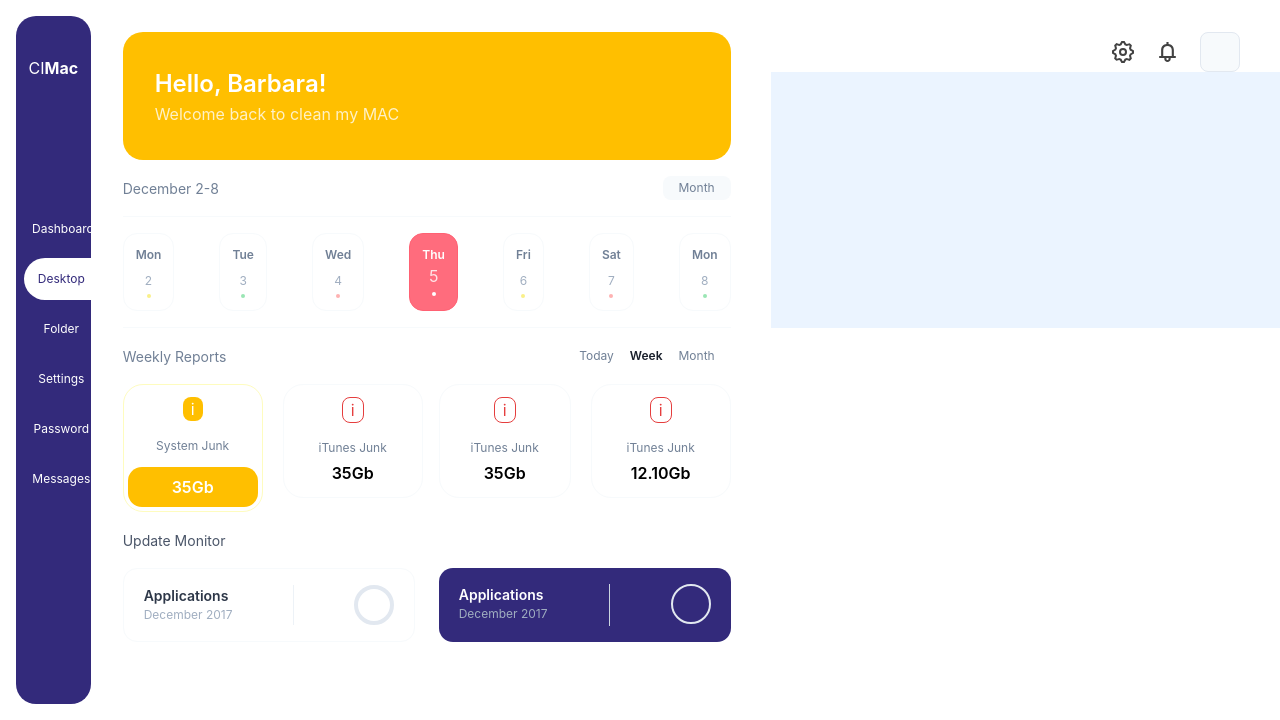
Repository: charleyvibez/experiment-Utility-software-UI
Page: index.html
These files come from the project's save history. The page is drawn as it stood at one moment and after a run of saves; the edit follows.
The browser window is 1280 px wide. The pictures show the whole page.

Above is the page before, as saved 2020-03-18 02:20:25.

After the next 8 saves:
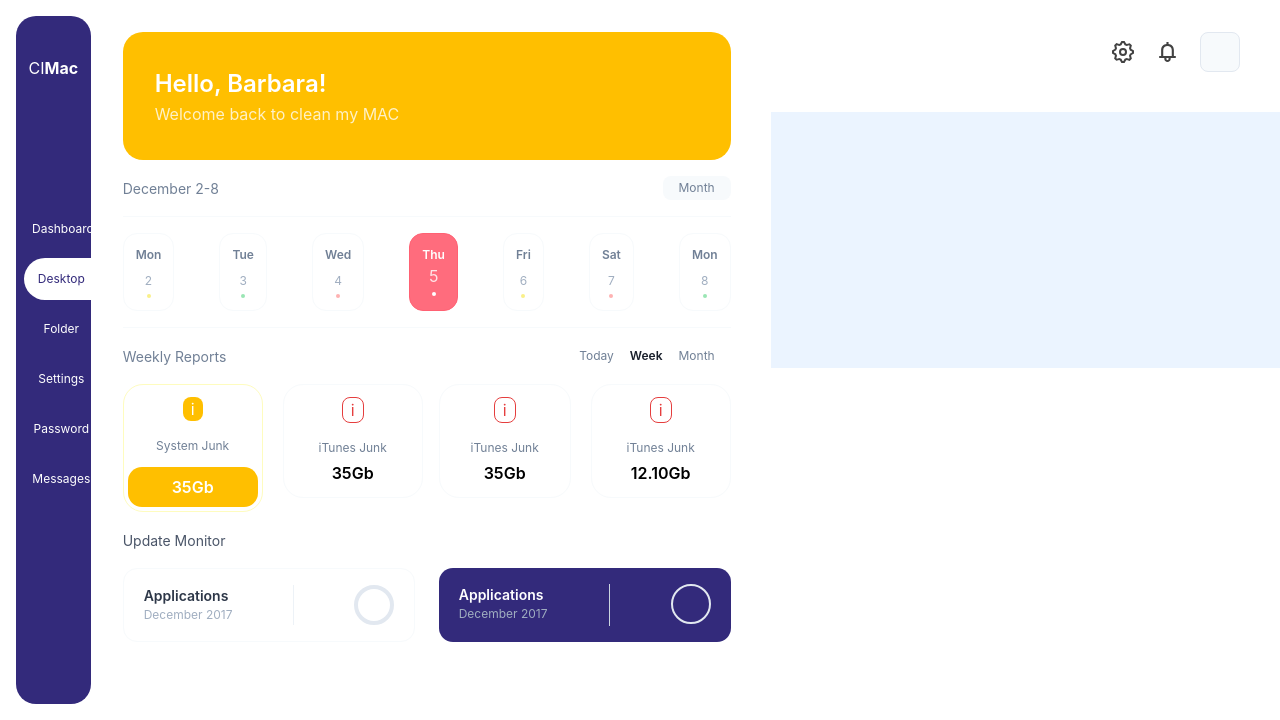
The 8 saves are shown as one change because they came seconds apart.
The last was saved 24 s later.
--- a/index.html
+++ b/index.html
@@ -169,7 +169,7 @@
 
   <section class="right w-5/12 pl-6 pt-8">
     <div class="right-container flex flex-col items-end">
-      <div class="header flex justify-end items-center pr-10">
+      <div class="header flex justify-end items-center pr-10 mb-10">
         <span class="header-settings"><img src="icons/settings.svg" alt=""></span>
         <span class="header-settings ml-6">
           <img src="icons/notification_bell.svg" alt="">
